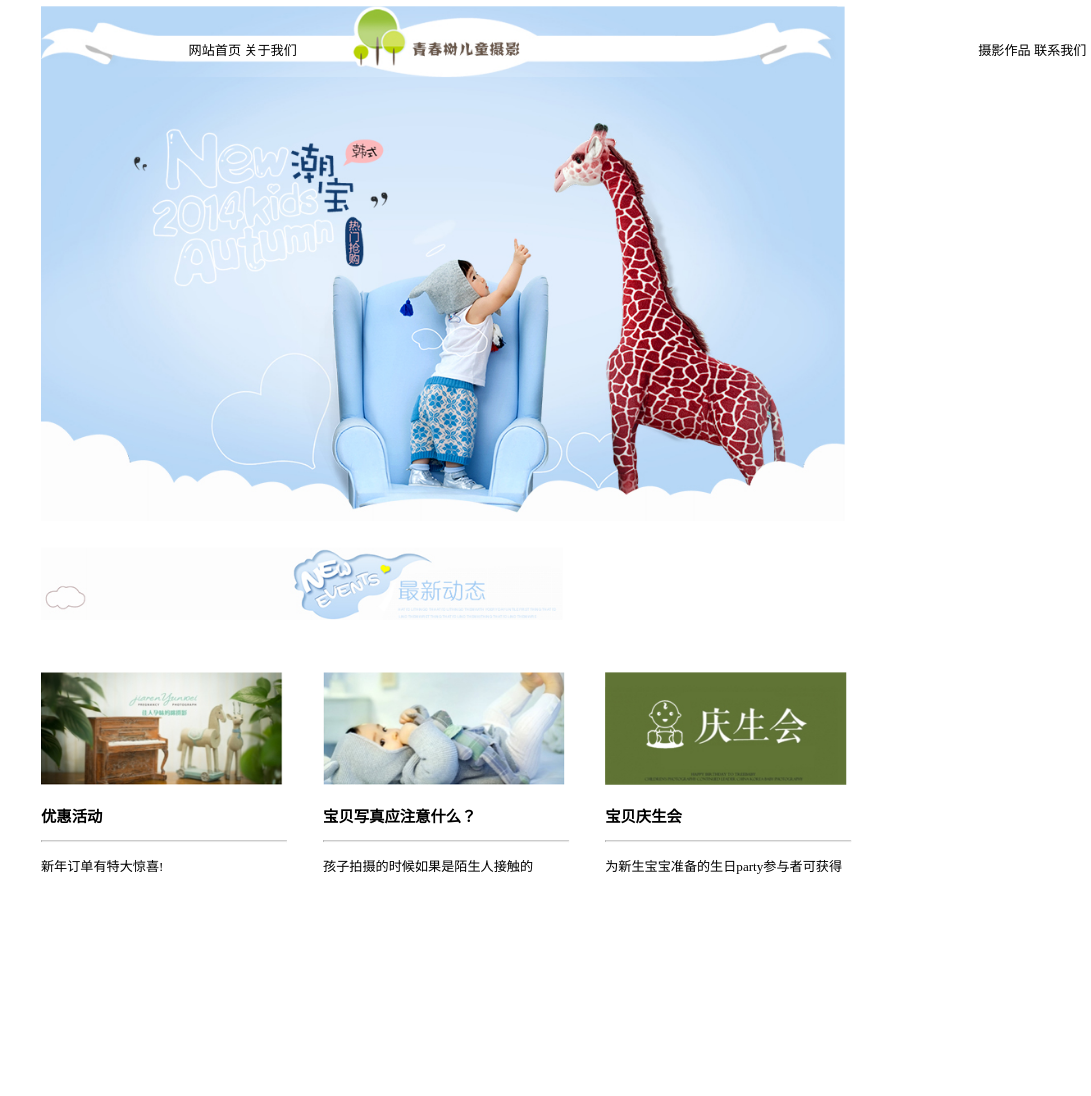
Repository: kxl666/kxl-Html
Page: 05.1.第五节任务(儿童摄影网)/index.html
The author's editor kept a copy of each file at every save. The page is drawn from the files as they stood at one save, then again after the next save.
The browser window is 1280 px wide. The page is 1330 px wide, so the pictures cover 1330 px, including what lies to the right of the window. The pictures show the whole page, at 82% of full size.

Above is the page before, as saved 2021-09-16 22:06:43.

After the next save:
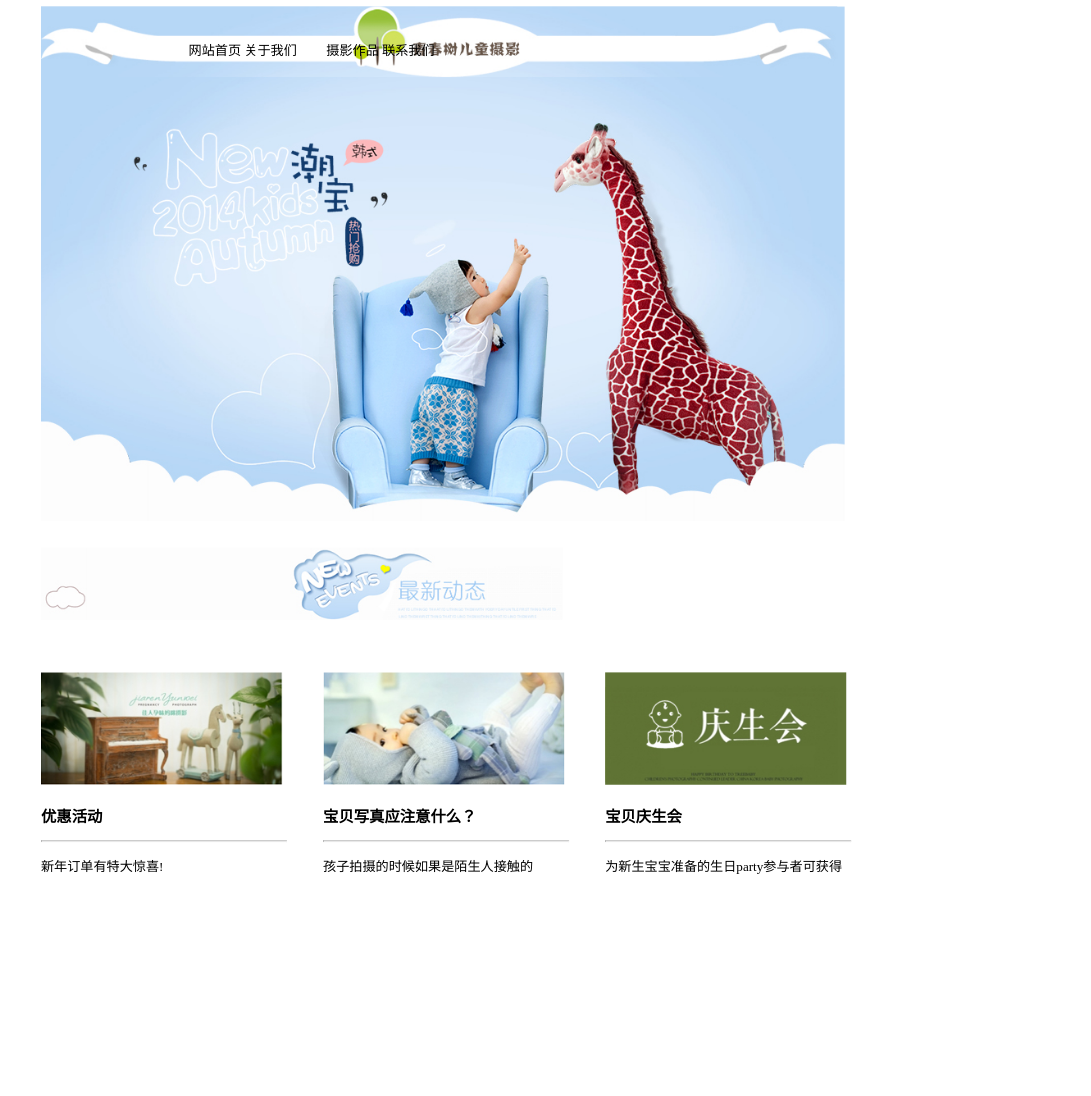
Saved 4 s later.
--- a/05.1.第五节任务(儿童摄影网)/style.css
+++ b/05.1.第五节任务(儿童摄影网)/style.css
@@ -27,7 +27,7 @@
 
 .po {
     float: right;
-    margin-right: 5px;
+    margin-right: 800px;
 }
 
 .midder {
